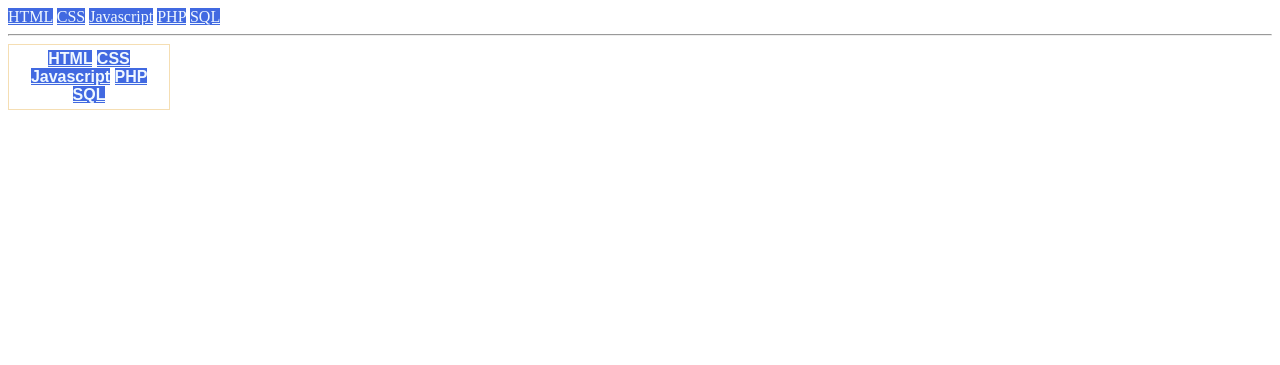
Repository: Pr-DuyTam/HTML-CSS-JS-PHP
Page: CSS/Bài Tập CSS/Bai2.html
These files come from the project's save history. The page is drawn as it stood at one moment and after the next save; the edit follows.
The browser window is 1280 px wide. The pictures show the whole page.

Above is the page before, as saved 2023-08-03 09:18:28.

### CSS/Bài Tập CSS/Bai2.html
<!DOCTYPE html>
<html lang="en">
<head>
    <meta charset="UTF-8">
    <meta name="viewport" content="width=device-width, initial-scale=1.0">
    <title>Bài tập 2</title>
    <style>
        div{

            width:150px;
            border: thin solid wheat;
            font-weight: bold;
            display: block;
            font-size: 12pt;
            font-family: Arial, Helvetica, sans-serif;
            text-align: center;
            padding: 5px; /*Thêm vào khoảng không cho thành phần*/
            text-decoration: none ; /*Định dạng văn bản thường, mặc định*/
        }
        a:link{
            color: aliceblue;
            background-color: #4169e1;
        }
        a:hover{ /*Di chuyển chuột*/
            color: white;
            background-color: #87ceeb;
        }
        a:visited{
            color: yellow;
            background-color: #4169e1;
        }
        a:active{
            color: red;
            background-color: #aee22b;
        }
    </style>
</head>
<body>
    <a href="http://www.w3schools.com/html/default.app">HTML</a>
    <a href="http://www.w3schools.com/CSS/default.app">CSS</a>
    <a href="http://www.w3schools.com/js/default.app">Javascript</a>
    <a href="http://www.w3schools.com/php/default.app">PHP</a>
    <a href="http://www.w3schools.com/sql/default.app">SQL</a>
<hr>
<div>
    <a href="http://www.w3schools.com/html/default.app">HTML</a>
    <a href="http://www.w3schools.com/CSS/default.app">CSS</a>
    <a href="http://www.w3schools.com/js/default.app">Javascript</a>
    <a href="http://www.w3schools.com/php/default.app">PHP</a>
    <a href="http://www.w3schools.com/sql/default.app">SQL</a>
</div>

</body>
</html>

After the next save:
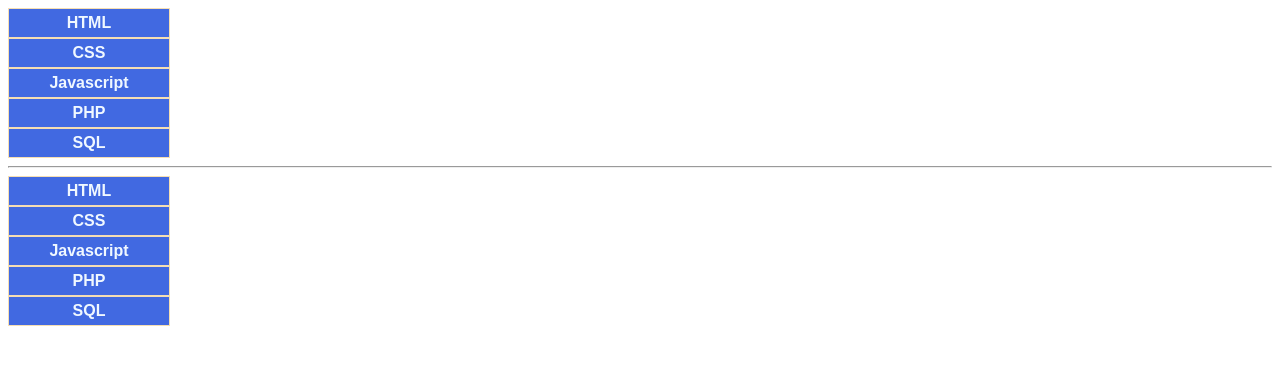
Saved 17 s later.
--- a/CSS/Bài Tập CSS/Bai2.html
+++ b/CSS/Bài Tập CSS/Bai2.html
@@ -5,7 +5,7 @@
     <meta name="viewport" content="width=device-width, initial-scale=1.0">
     <title>Bài tập 2</title>
     <style>
-        div{
+        a{
 
             width:150px;
             border: thin solid wheat;
@@ -42,13 +42,13 @@
     <a href="http://www.w3schools.com/php/default.app">PHP</a>
     <a href="http://www.w3schools.com/sql/default.app">SQL</a>
 <hr>
-<div>
+
     <a href="http://www.w3schools.com/html/default.app">HTML</a>
     <a href="http://www.w3schools.com/CSS/default.app">CSS</a>
     <a href="http://www.w3schools.com/js/default.app">Javascript</a>
     <a href="http://www.w3schools.com/php/default.app">PHP</a>
     <a href="http://www.w3schools.com/sql/default.app">SQL</a>
-</div>
+
 
 </body>
 </html>
